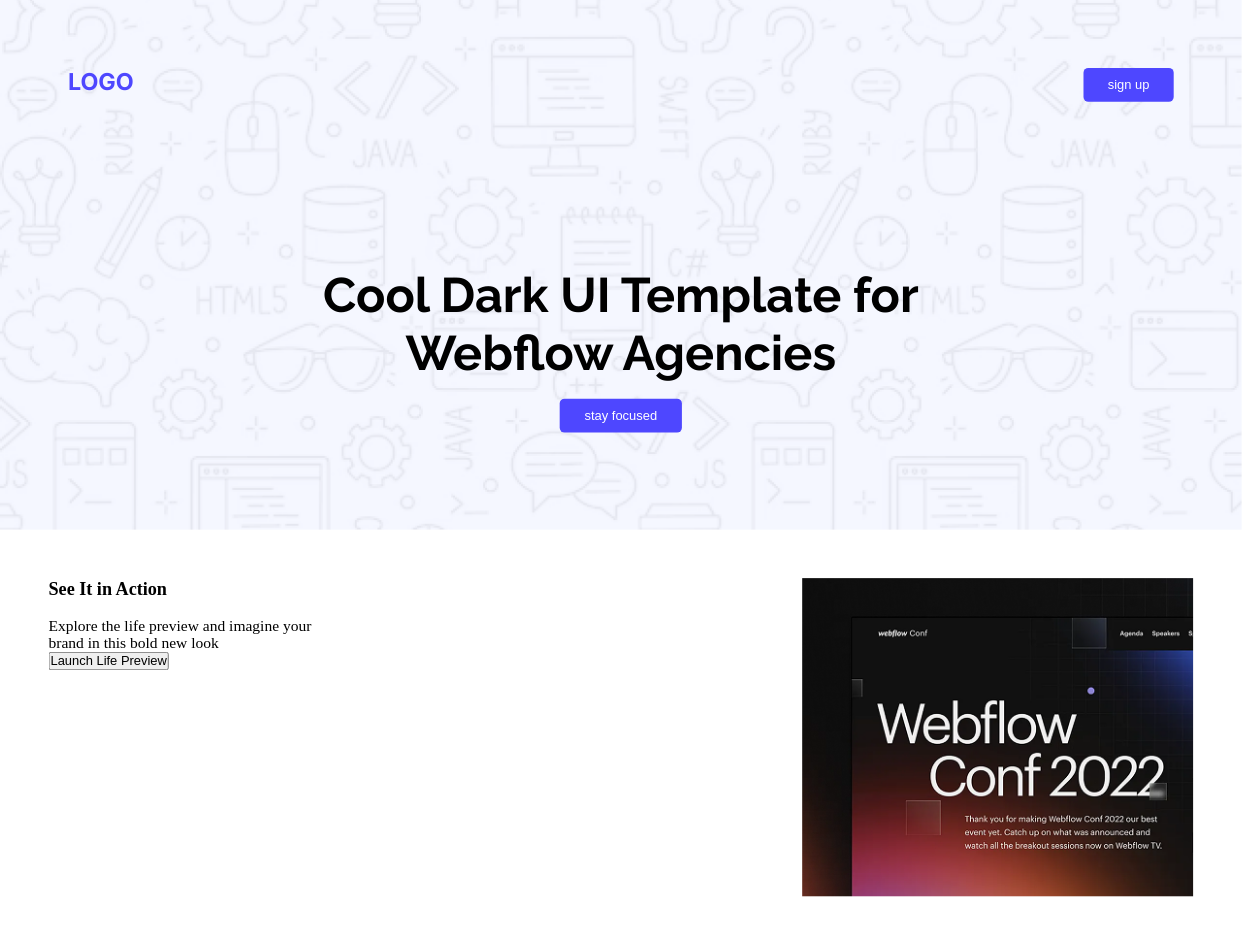
Repository: dollyrakhe22/landing-launchpad
Page: index.html
These files come from the project's save history. The page is drawn as it stood at one moment and after the next save; the edit follows.
The browser window is 1280 px wide. The pictures show the whole page, at 97% of full size.

Above is the page before, as saved 2025-07-11 00:04:18.

### index.html
<!DOCTYPE html>
<html lang="en">
<head>
    <meta charset="UTF-8">
    <meta name="viewport" content="width=device-width, initial-scale=1.0">
    <title>Landing Launchpad</title>
    <link rel="preconnect" href="https://fonts.googleapis.com">
    <link rel="preconnect" href="https://fonts.googleapis.com">
<link rel="preconnect" href="https://fonts.gstatic.com" crossorigin>
<link href="https://fonts.googleapis.com/css2?family=Inter:ital,opsz,wght@0,14..32,100..900;1,14..32,100..900&family=Open+Sans:ital,wght@0,300..800;1,300..800&family=Raleway:ital,wght@0,100..900;1,100..900&display=swap" rel="stylesheet">
    <link rel="stylesheet" href="style.css">
   </head>
   <body>
    <header>

        <nav>
         <h2 class="inter-normal">LOGO</h2>
            <a href="#"><button>sign up</button></a>
        </nav>
        <div class="banner-section">
             <h1 class="raleway-normal" >Cool Dark UI Template for <br>Webflow Agencies</h1><br>
            <a href=""><button class="button-container">stay focused</button></a>
        </div>
    </header>
    <main>
           <!--action-container--->
           <div class="section-1">
            <div >
                <h3>See It in Action</h3><br>
                <p>Explore the life preview and imagine your<br>brand in this bold new look</p>
                 <a href=""><button>Launch Life Preview</button></a>
                 </div>
                <div >
                     <img src="Assets/wc-mini.png" alt="" srcset="">
                </div>
            </div>

    </main>
    <footer>

    </footer>
</body>
</html>

### style.css
*{
    padding: 0;
    margin: 0;
}


.inter-normal {
  font-family: "Inter", sans-serif;
  font-optical-sizing: auto;
  font-style: normal;
}
header{
    background-image: url("Assets/Hero-bg.png");


}
/*nav style*/
h2{
    color:#4E47FF;
   font-weight:bolder;


}
nav{
    display: flex;
    justify-content: space-between;
    padding: 70px;
}
nav button{
    text-decoration: none;
    padding: 10px 25px;
    background-color:#4E47FF ;
    color:white;
    border-radius: 5px;
    border: none;


}

.raleway-normal{
  font-family: "Raleway", sans-serif;
  font-optical-sizing: auto;
  font-style: normal;
}
.banner-section{
    text-align: center;
    padding: 100px;
}
.banner-section h1{
    font-weight: bolder;
    font-size: 50px;
}
.button-container{
     padding: 10px 26px;
    background-color:#4E47FF ;
    color:white;
    border-radius: 5px;
    border: none;

}
/*action-container*/
.section-1{
    display: flex;
    justify-content: space-between;
    padding: 50px;
}

After the next save:
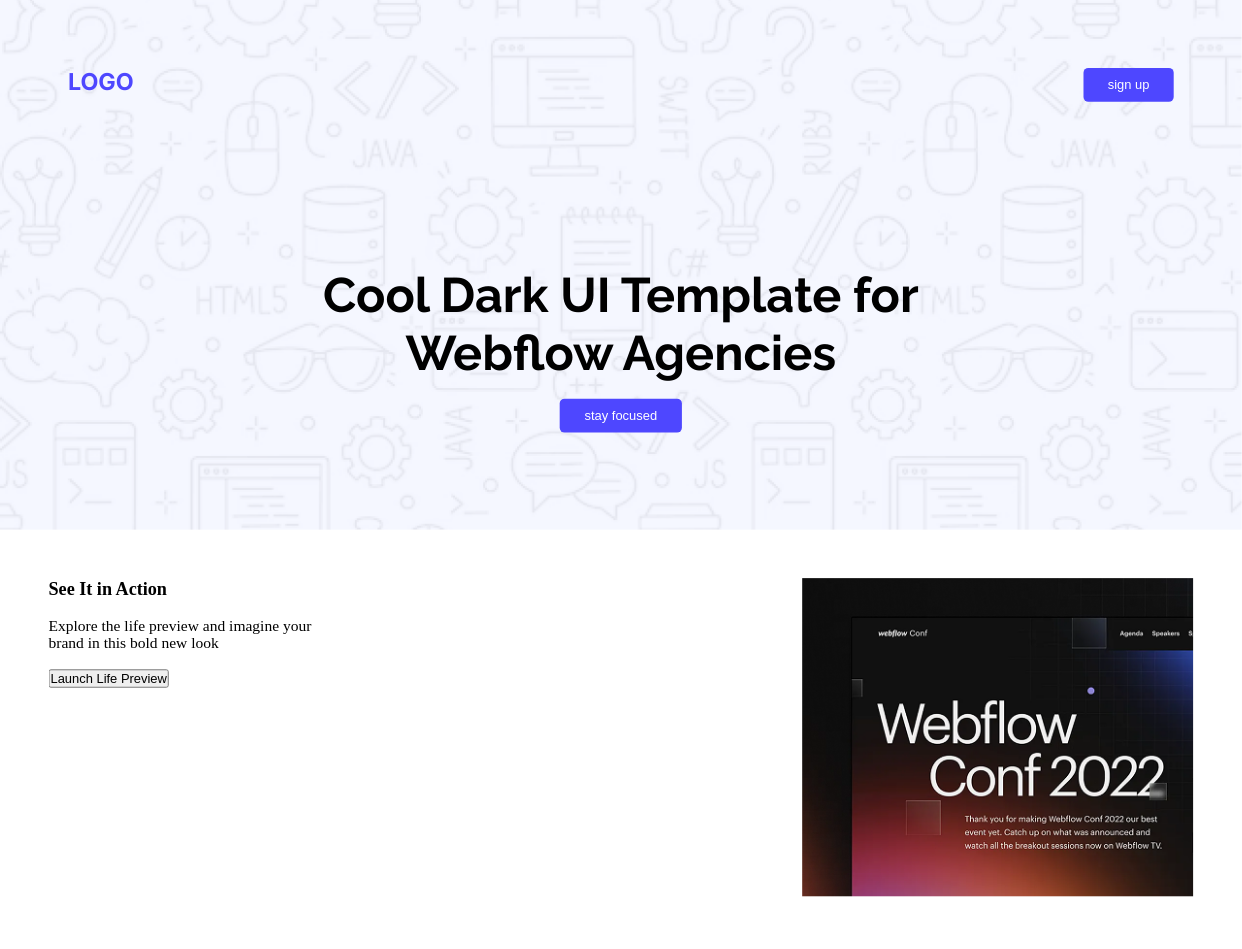
Saved 26 s later.
--- a/index.html
+++ b/index.html
@@ -27,7 +27,7 @@
            <div class="section-1">
             <div >
                 <h3>See It in Action</h3><br>
-                <p>Explore the life preview and imagine your<br>brand in this bold new look</p>
+                <p>Explore the life preview and imagine your<br>brand in this bold new look</p><br>
                  <a href=""><button>Launch Life Preview</button></a>
                  </div>
                 <div >
